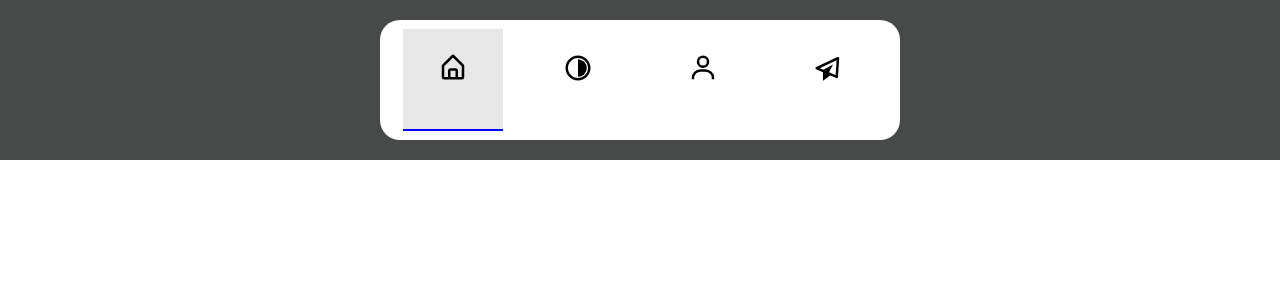
Repository: lethinh2003/pokemon_reactjs
Page: /
The author's editor kept a copy of each file at every save. The page is drawn from the files as they stood at one save, then again after the next save.
The browser window is 1280 px wide. The pictures show the whole page.
The page's requests for data from a server got no answer. The project was rebuilt for these pictures with package versions that can differ from the ones it lists, and the page was loaded fresh each time. A package was used in the major version that the imports need, not the one package.json lists. No one was signed in, and anything a server would have sent is missing. Also part of the build but not shown: src/App.css, src/styles/loading.scss, src/styles/pokemonDetail.scss, src/view/PokemonDetail.jsx, src/styles/modal.scss, src/view/Contact.jsx.

Above is the page before, as saved 2021-11-28 21:18:22.

### public/index.html
<!DOCTYPE html>
<html lang="en">
  <head>
    <meta charset="utf-8" />
    <link rel="icon" href="%PUBLIC_URL%/favicon.ico" />
    <meta name="viewport" content="width=device-width, initial-scale=1" />
    <meta name="theme-color" content="#000000" />
    <meta
      name="description"
      content="Web site created using create-react-app"
    />
    <link rel="apple-touch-icon" href="%PUBLIC_URL%/logo192.png" />


    <!--
      manifest.json provides metadata used when your web app is installed on a
      user's mobile device or desktop. See https://developers.google.com/web/fundamentals/web-app-manifest/
    -->
    <link rel="manifest" href="%PUBLIC_URL%/manifest.json" />
    <!--
      Notice the use of %PUBLIC_URL% in the tags above.
      It will be replaced with the URL of the `public` folder during the build.
      Only files inside the `public` folder can be referenced from the HTML.

      Unlike "/favicon.ico" or "favicon.ico", "%PUBLIC_URL%/favicon.ico" will
      work correctly both with client-side routing and a non-root public URL.
      Learn how to configure a non-root public URL by running `npm run build`.
    -->
    <title>React App</title>
  </head>
  <body>
    <noscript>You need to enable JavaScript to run this app.</noscript>
    <div id="root"></div>
    <!--
      This HTML file is a template.
      If you open it directly in the browser, you will see an empty page.

      You can add webfonts, meta tags, or analytics to this file.
      The build step will place the bundled scripts into the <body> tag.

      To begin the development, run `npm start` or `yarn start`.
      To create a production bundle, use `npm run build` or `yarn build`.
    -->
  </body>
</html>

### src/App.js
import logo from './logo.svg';
import './App.css';
import './styles/body.scss';
import Pokemon from './view/Pokemon';
import PokemonDetail from './view/PokemonDetail';
import Nav from './view/Nav';
import Contact from './view/Contact';
import {
  BrowserRouter as Router,
  Switch,
  Route,
  Link
} from "react-router-dom";


function App() {
  return (
    <>

        <div className="container">

        <Router>
            <Nav />

        <Switch>
          <Route path="/" exact>
            <Pokemon />
          </Route>

          <Route path="/detail/:id" exact>
          <PokemonDetail />

          </Route>
          <Route path="/contact">
          <Contact />


          </Route>
        </Switch>
        </Router>

        </div>
    </>
  );
}

export default App;

### src/styles/body.scss
.container {
  background-color: rgba(29, 143, 158, 0.507);
  background-color: rgba(11, 12, 12, 0.753);
  display: flex;
  justify-content: center;
  align-items: center;
  flex-direction: column;
}

.card-body {
  display: flex;
  gap: 20px;
  justify-content: center;
  flex-wrap: wrap;
  position: relative;
}

@media (max-width: 735px) {
  .card-body {
  }
}
.card-item {
  width: 260px;
  height: 350px;
  background-color: rgb(75, 72, 72);
  border-radius: 20px;
  margin-left: 20px;
  position: relative;
  box-shadow: 2px 2px 8px 2px #5e5353;
  background-image: linear-gradient(45deg, #d90e0e, #2016dfcf);
  cursor: url(https://emoji.gg/assets/emoji/6419_great_pokeball.png), auto;

  &:nth-child(2n + 1) {
    background-image: linear-gradient(90deg, #d90e0e, #2016dfcf);
  }
  &:hover {
    border: 2px solid #f3ff16;
    box-shadow: 2px 2px 5px 5px #4a4343;
    transition: all 0.25s linear;
  }

  &__body {
    align-items: center;
    position: absolute;
    background-color: #fff;
    width: 230px;
    height: 325px;
    left: 50%;
    top: 50%;
    transform: translate(-50%, -50%);
    display: flex;
    flex-direction: column;
  }
  &__img {
    height: 255px;
    border-bottom: 2px solid black;
    width: 100%;
    & img {
      width: 100%;
      height: 100%;
      object-fit: contain;
    }
  }
  &__info {
    height: 50px;
    display: flex;
    flex-direction: column;
    align-items: center;
  }
  &__name {
    color: black;
    font-weight: bold;
    text-transform: capitalize;
  }
  &__type {
    font-size: 15px;
    color: white;
    gap: 10px;
    text-transform: capitalize;
    display: flex;
    justify-content: center;
    align-items: center;
  }
  & .type-btn {
    width: 67px;
    height: 16px;
    display: flex;
    justify-content: center;
    align-items: center;
  }
}

.detail {
  background-color: #c5ee0d;
  cursor: pointer;
  color: rgb(66, 46, 46);
  padding: 2px;
  font-weight: bold;
  border-radius: 5px;
}
.pokemon-search {
  margin: 20px;
  color: black;
}
.pokemon-more {
  position: absolute;
  bottom: 0;

  left: 50%;
  transform: translateX(-50%);
  margin: 20px 0;
  background-image: linear-gradient(
    to right,
    rgb(65, 56, 195),
    rgb(46, 6, 226)
  );
  display: flex;
  justify-content: center;
  align-items: center;
  width: 200px;
  height: 50px;
  border-radius: 10px;
  cursor: pointer;
}

### src/view/Pokemon.jsx
import axios from 'axios';
import useFetch from '../custom/useFetch';
import '../styles/loading.scss';
import { useState, useEffect, useImperativeHandle } from 'react';
import PokemonDetail from './PokemonDetail';

import 'aos/dist/aos.css';
import {Link} from "react-router-dom";
import Aos from 'aos';
const  Pokemon = () => {
    let { data, isLoading } =  useFetch(`https://pokeapi.co/api/v2/pokemon?limit=100`);
    let currentData =  data.results;

    useEffect(() => {
        Aos.init({
            offset: 80,
            duration: 400,
            easing: 'ease-in-sine',
            delay: 50,
        });

      }, []);

    return(
        <>

        {isLoading === true &&

            <div class="lds-ellipsis"><div></div><div></div><div></div><div></div></div>


            }
            <div className="card-body">

        {isLoading === false && currentData && currentData.length > 0 && currentData.map((item, index) => {
            return(
                <div className="card-item" data-aos="fade-up">
        <div className="card-item__body">
        <div className="card-item__img"><img alt="pokemon" src={`https://img.pokemondb.net/artwork/large/${item.name}.jpg`}/></div>
        <div className="card-item__info">
        <div className="card-item__name">{item.name}</div>
        <div className="card-item__type">
        <Link to={"/detail/" + parseInt(index+1)}><div className="type-btn detail"><span className="desc-type">Detail</span></div></Link>

        </div>
        </div>
        </div>

        </div>

            )


        })}

        </div>

        </>


    )


}
export default Pokemon;

### src/view/Nav.jsx
import '../styles/nav.scss';
import { BiHomeAlt, BiAdjust, BiUser, BiPaperPlane } from "react-icons/bi";
import {
    BrowserRouter as Router,
    Switch,
    Route,
    Link, NavLink
  } from "react-router-dom";
const Nav = () => {
    return(
        <>
        <div className="navigation">
            <NavLink to="/" activeClassName="active" exact>
            <div className="home">
                <BiHomeAlt />
                <span className="desc-icon">Home</span>
            </div>
            </NavLink>
            <div className="home">
                <BiAdjust />
                <span className="desc-icon">Display</span>
            </div>
            <div className="home">
                <BiUser />
                <span className="desc-icon">Me</span>
            </div>
            <NavLink to="/contact" activeClassName="active">
            <div className="home">
                <BiPaperPlane />
                <span className="desc-icon">Contact</span>
            </div>
            </NavLink>
        </div>
        </>
    )

}
export default Nav;

### src/custom/useFetch.js
import { useEffect, useState } from "react";
import axios from "axios";
const useFetch = (url) => {
    const [data, setData] = useState([]);
    const [isLoading, setIsLoading] = useState(true);

    useEffect(() => {
        const ourRequest = axios.CancelToken.source() // <-- 1st step

            async function fetchData() {
                try {
                let res = await axios.get(url, {
                    cancelToken: ourRequest.token, // <-- 2nd step
                  })
                let data = (res && res.data) ? res.data : [];
                if (data && data.length > 0) {
                    data.map(item => {

                        return item;
                    })

                }
                setData(data);
                setIsLoading(false);
            }
            catch (err) {
                if (axios.isCancel(err)) {
                    console.log('Request canceled', err.message);
                } else {
                    // handle error
                    setIsLoading(false);
                  }
            }



        }
        fetchData();
        return () => {
            ourRequest.cancel('This is message error!') // <-- 3rd step
          }

    }
    , []);

    return {
        data, isLoading
    }

}

export default useFetch;

### src/styles/nav.scss
.navigation {
  background-color: white;
  height: 100px;
  width: 500px;
  border-radius: 20px;
  margin: 20px;
  padding: 10px;
  display: flex;
  align-items: center;
  justify-content: space-around;

  & .home {
    display: flex;
    justify-content: center;
    align-items: center;
    width: 100px;
    flex-direction: column;
    height: 100px;
    font-size: 30px;
    border-radius: 10px;
    cursor: pointer;

    &:hover svg {
      color: rgb(78, 68, 219);
      transform: translateY(-10px);
      transition: all 0.25s;
    }
    & .desc-icon {
      font-size: 20px;
      color: rgb(78, 68, 219);
      opacity: 0;
      visibility: hidden;
      transition: all 0.25s;
    }
    &:hover .desc-icon {
      opacity: 1;
      visibility: visible;
    }
  }
}
.active {
  border-bottom: 2px solid blue;
  background-color: #e7e7e7;
}
a {
  text-decoration: none;
  color: black;
}
@media (max-width: 735px) {
  .navigation {
    width: 300px;
    padding: 5px;

    & .home {
      width: 50px;

      font-size: 20px;
      & .desc-icon {
        font-size: 15px;
      }
    }
  }
}

Loaded but not shown: src/index.js (common file); src/index.css (common file); src/reportWebVitals.js (common file)

After the next save:
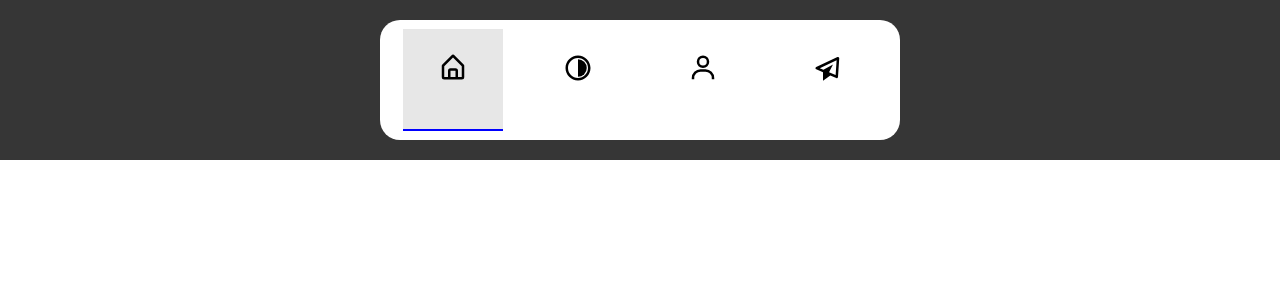
Saved 15 s later.
--- a/src/styles/body.scss
+++ b/src/styles/body.scss
@@ -1,6 +1,6 @@
 .container {
   background-color: rgba(29, 143, 158, 0.507);
-  background-color: rgba(11, 12, 12, 0.753);
+  background-color: rgba(11, 12, 12, 0.822);
   display: flex;
   justify-content: center;
   align-items: center;
